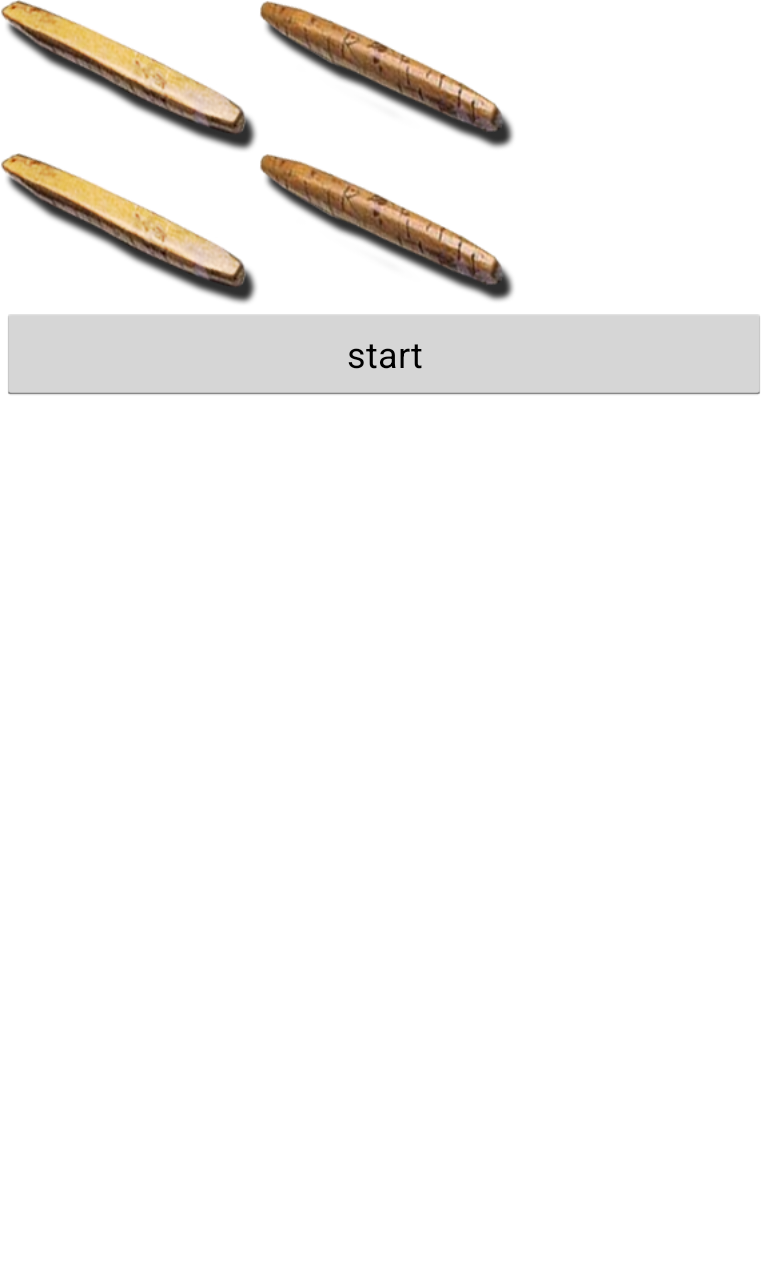
Repository: supremehappy/Android
Layout: Yutgame2/res/layout/activity_main.xml
An editor plug-in stored every save of this project. The layout is shown before and after the next save, followed by the edit.
It is drawn on a 768 x 1280 px phone screen (xhdpi) without system bars, with theme AppTheme; the app's code is not run.

Above is the layout before, as saved 2017-08-30 03:21:01.

### Yutgame2/res/layout/activity_main.xml
<LinearLayout xmlns:android="http://schemas.android.com/apk/res/android"
    xmlns:tools="http://schemas.android.com/tools"
    android:id="@+id/LinearLayout1"
    android:layout_width="match_parent"
    android:layout_height="match_parent"
    android:orientation="vertical"
    tools:context="${relativePackage}.${activityClass}" >

    <LinearLayout
        android:layout_width="match_parent"
        android:layout_height="wrap_content" >

        <ImageView
            android:id="@+id/imageView1"
            android:layout_width="wrap_content"
            android:layout_height="wrap_content"
            android:src="@drawable/yut_0" />

        <ImageView
            android:id="@+id/imageView2"
            android:layout_width="wrap_content"
            android:layout_height="wrap_content"
            android:src="@drawable/yut_1" />

    </LinearLayout>

    <LinearLayout
        android:layout_width="match_parent"
        android:layout_height="wrap_content" >

        <ImageView
            android:id="@+id/imageView3"
            android:layout_width="wrap_content"
            android:layout_height="wrap_content"
            android:src="@drawable/yut_0" />

        <ImageView
            android:id="@+id/imageView4"
            android:layout_width="wrap_content"
            android:layout_height="wrap_content"
            android:src="@drawable/yut_1" />

    </LinearLayout>

    <Button
        android:id="@+id/btn_start"
        android:layout_width="fill_parent"
        android:layout_height="wrap_content"
        android:text="start" />

</LinearLayout>

Loaded but not shown: Yutgame2/res/values/styles.xml (common file); Yutgame2/res/values-v11/styles.xml (common file); Yutgame2/res/values-v14/styles.xml (common file)

After the next save:
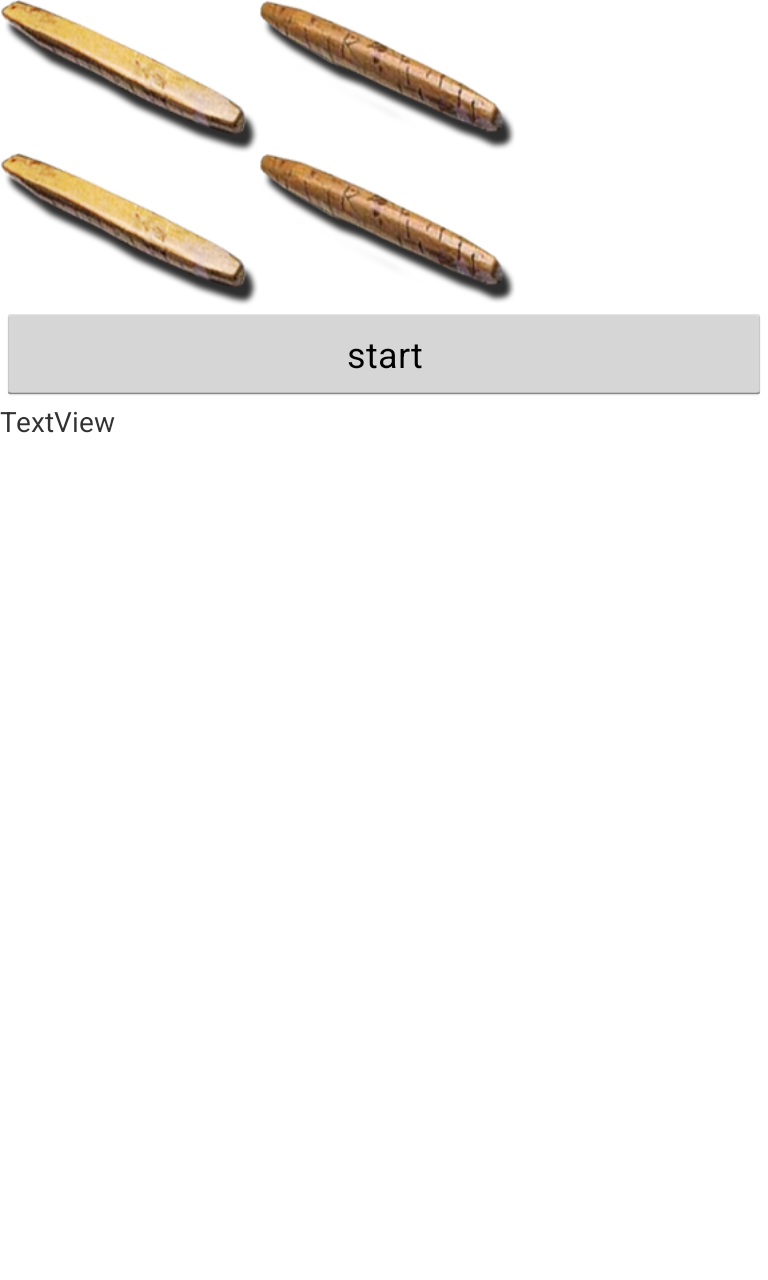
Saved 66 s later.
--- a/Yutgame2/res/layout/activity_main.xml
+++ b/Yutgame2/res/layout/activity_main.xml
@@ -48,4 +48,10 @@
         android:layout_height="wrap_content"
         android:text="start" />
 
+    <TextView
+        android:id="@+id/textView1"
+        android:layout_width="wrap_content"
+        android:layout_height="wrap_content"
+        android:text="TextView" />
+
 </LinearLayout>
